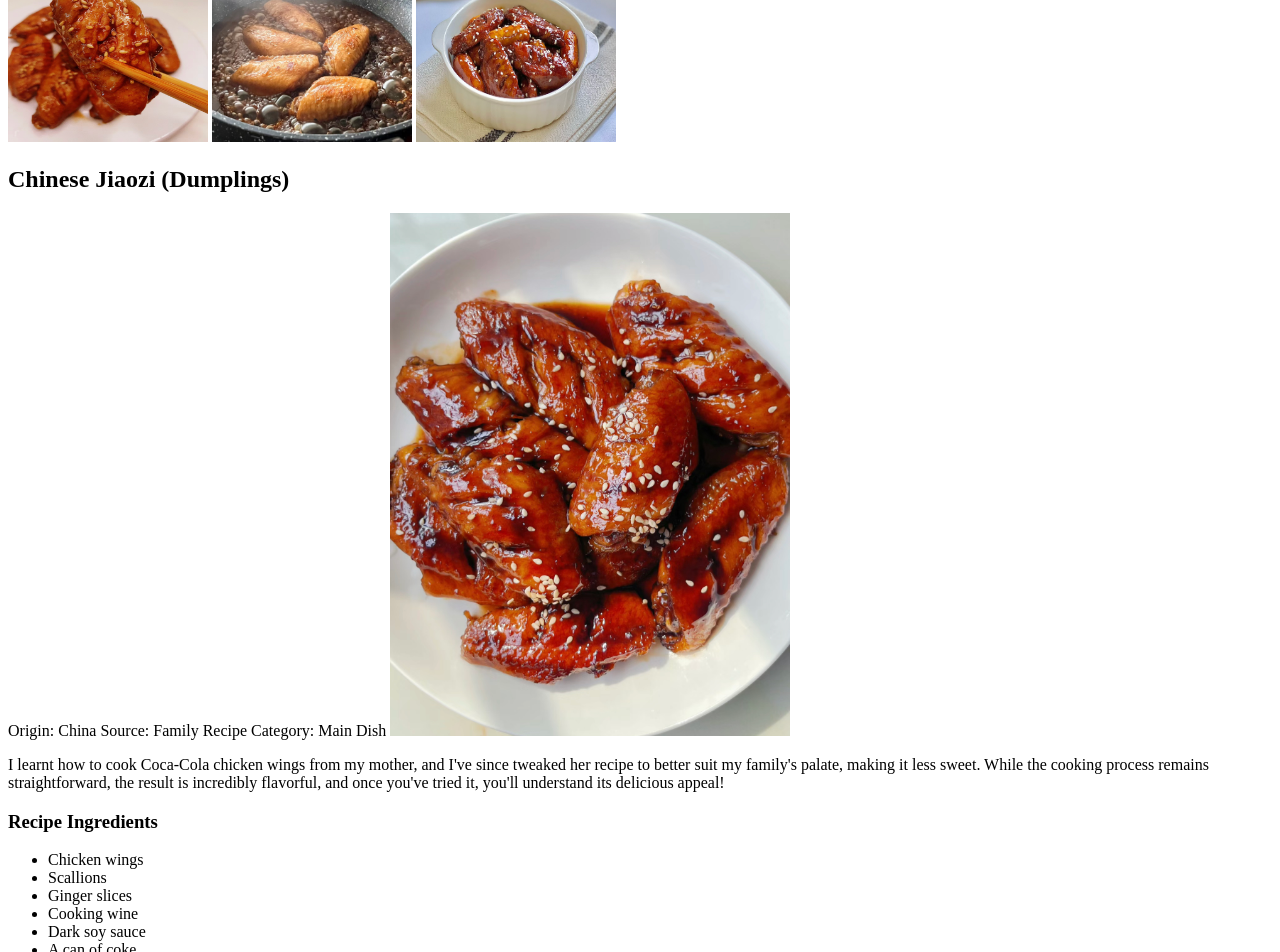
Repository: lulyany/starter_html
Page: recipes.html
The author's editor kept a copy of each file at every save. The page is drawn from the files as they stood at one save, then again after the next save.
The browser window is 1280 px wide. The pictures show the part of the page from y = 1212 to 2164 px (the page is 3731 px tall).
A picture or video elsewhere on the page could not be fetched, so the positions and the page height are approximate.

Above is the page before, as saved 2023-09-16 00:50:44.

After the next save:
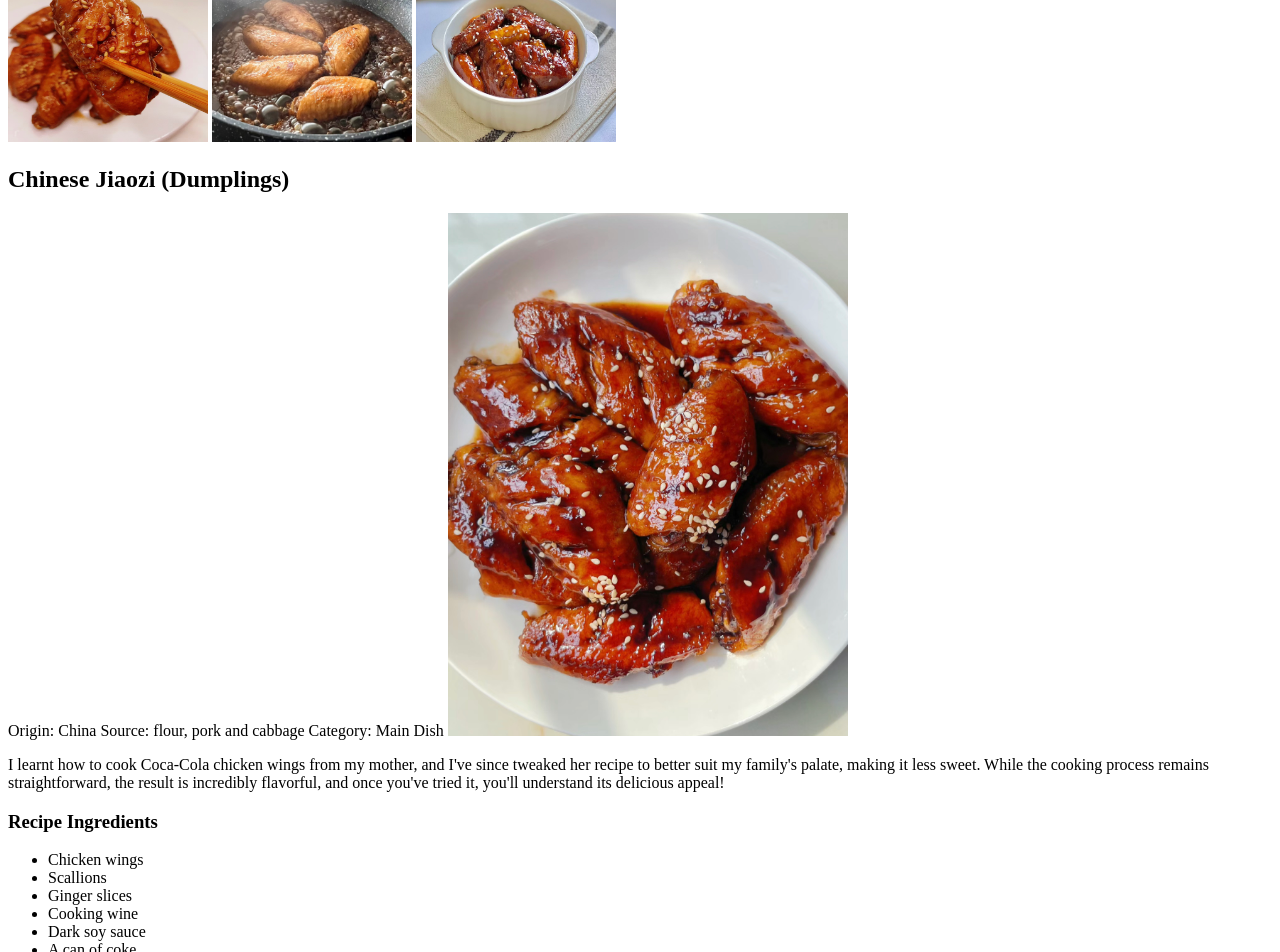
Saved 10 s later.
--- a/recipes.html
+++ b/recipes.html
@@ -63,7 +63,7 @@
         <div>
             <h2>Chinese Jiaozi (Dumplings)</h2>
             <span>Origin: China</span>
-            <span>Source: Family Recipe</span>
+            <span>Source: flour, pork and cabbage</span>
             <span>Category: Main Dish</span>
 
             <img src="images/coca_cola_chicken_wings.jpg" width = "400" alt="Chicken wings.">
